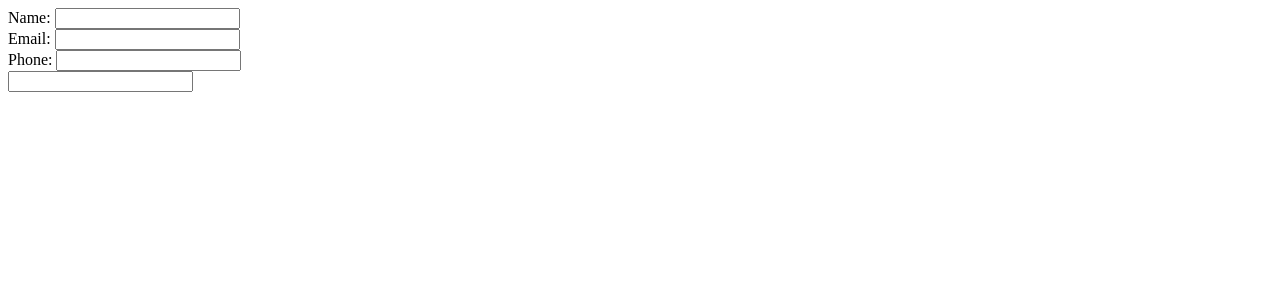
Repository: Amit1420/Advance-Java
Page: ServletIntro/src/main/webapp/save.html
The author's editor kept a copy of each file at every save. The page is drawn from the files as they stood at one save, then again after the next save.
The browser window is 1280 px wide. The pictures show the whole page.

Above is the page before, as saved 2023-05-02 08:07:12.

After the next save:
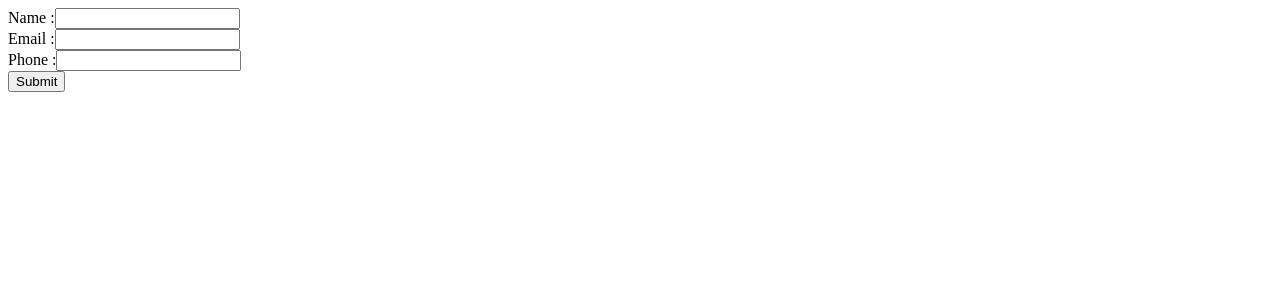
Saved 118 s later.
--- a/ServletIntro/src/main/webapp/save.html
+++ b/ServletIntro/src/main/webapp/save.html
@@ -5,17 +5,12 @@
 <title>Insert title here</title>
 </head>
 <body>
-<form action="save">
-<label>Name:
-<input type="text" name="name"><br>
-</label>
-<label>Email:
-<input type="text" name="email"><br>
-</label>
-<label>Phone:
-<input type="text" name="phone"><br>
-</label>
-<input type="summit">
-</form>
+	<form action="save">
+		<label>Name :</label><input type="text" name="name"><br>
+
+		<label>Email :</label><input type="text" name="email"><br>
+		<label>Phone :</label><input type="text" name="phone"><br>
+		<input type="submit">
+	</form>
 </body>
 </html>
